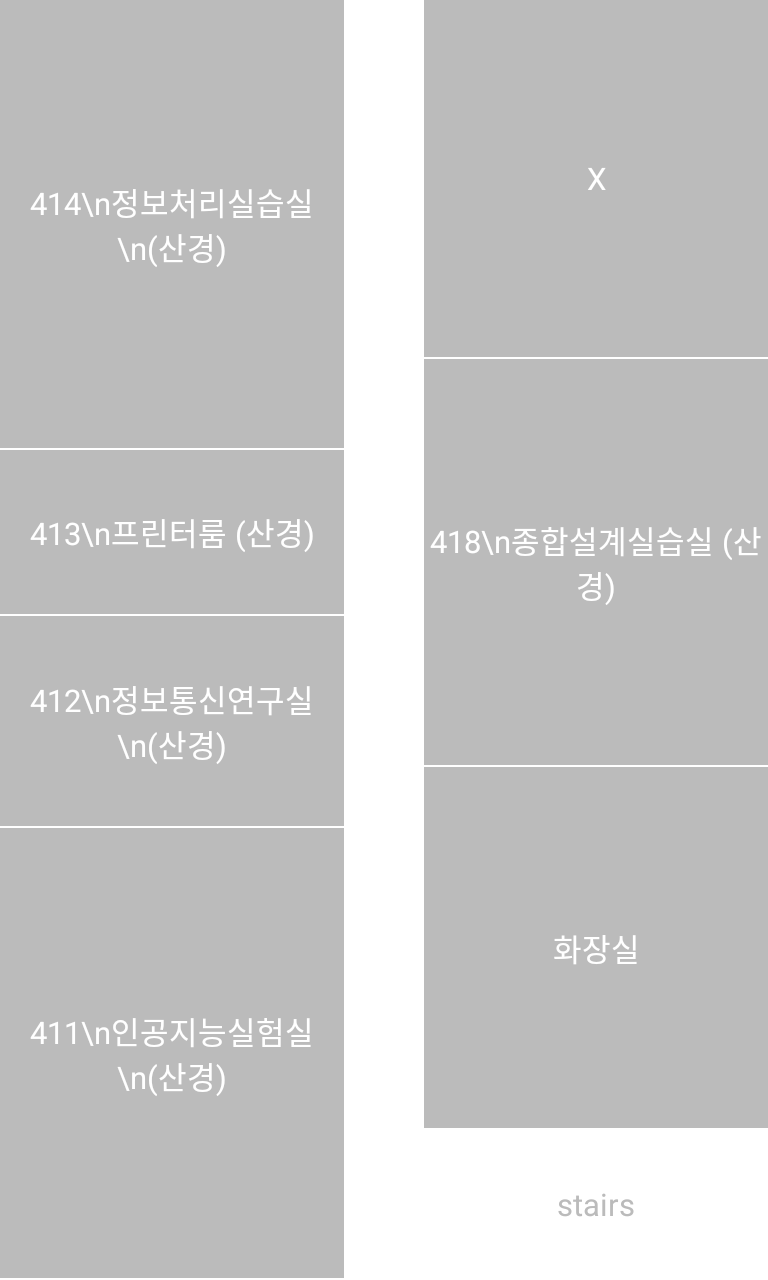
Repository: Choi-HyunWoo/Baddest
Layout: WorkOn_Hyunwoo/hansung.campusmap/res/layout/campus_gonghakb4.xml
An editor plug-in stored every save of this project. The layout is shown before and after a run of saves, followed by the edit.
It is drawn on a 768 x 1280 px phone screen (xhdpi) without system bars, with theme android:Theme.Light.NoTitleBar; the app's code is not run.

Above is the layout before, as saved 2014-05-30 13:53:53.

### WorkOn_Hyunwoo/hansung.campusmap/res/layout/campus_gonghakb4.xml
<?xml version="1.0" encoding="utf-8"?>
<LinearLayout  xmlns:android="http://schemas.android.com/apk/res/android"
    android:baselineAligned="false"
    android:layout_width="match_parent"
    android:layout_height="match_parent"
    android:orientation="horizontal" >

    <LinearLayout
        android:layout_width="fill_parent"
        android:layout_height="match_parent"
        android:layout_weight="1"
        android:orientation="vertical" >

        <Button
            android:text="414\n정보처리실습실\n(산경)"
            android:layout_weight="3"
            style="@style/RoomButton" />
        <Button
            android:text="413\n프린터룸 (산경)"
            android:layout_weight="1"
            style="@style/RoomButton" />
        <Button
            android:text="412\n정보통신연구실\n(산경)"
            android:layout_weight="1"
            style="@style/RoomButton" />
        <Button
            android:text="411\n인공지능실험실\n(산경)"
            android:layout_weight="3"
            style="@style/RoomButton" />

    </LinearLayout>

    <RelativeLayout
    	android:layout_width="40dp"
        android:layout_height="match_parent"
        android:orientation="vertical" >
	</RelativeLayout>

    <LinearLayout
        android:layout_width="fill_parent"
        android:layout_height="match_parent"
        android:layout_weight="1"
        android:orientation="vertical" >

        <Button
            android:text="X"
            android:layout_weight="3"
            style="@style/RoomButton" />
        <Button
            android:text="418\n종합설계실습실 (산경)"
            android:layout_weight="3"
            style="@style/RoomButton" />
        <Button
            android:text="화장실"
            android:layout_weight="3"
            style="@style/RoomButton" />
        <Button
            android:text="stairs"
            android:layout_weight="1"
            style="@style/WhitePlace" />

    </LinearLayout>
</LinearLayout>

### WorkOn_Hyunwoo/hansung.campusmap/res/values/styles.xml
<resources xmlns:android="http://schemas.android.com/apk/res/android">


    <style name="BuildingButton">
        <item name="android:background">@drawable/bt_selector</item>
        <item name="android:textColor">@color/White</item>
        <item name="android:gravity">center</item>
        <item name="android:textSize">6pt</item>
        <item name="android:layout_gravity">fill</item>
        <item name="android:layout_margin">2dp</item>
    </style>
    <style name="MapOthers">
		<item name="android:background">@color/White</item>
        <item name="android:textColor">@color/LightGray</item>
        <item name="android:gravity">center</item>
        <item name="android:textSize">5pt</item>
        <item name="android:layout_gravity">fill</item>
        <item name="android:layout_margin">2dp</item>
    </style>

    <style name="RoomButton">
        <item name="android:background">@drawable/bt_selector</item>
		<item name="android:layout_width">match_parent</item>
        <item name="android:layout_height">wrap_content</item>
        <item name="android:layout_marginBottom">1dp</item>
        <item name="android:gravity">center</item>
        <item name="android:textColor">@color/White</item>
        <item name="android:textSize">7pt</item>
    </style>
    <style name="WhitePlace">
        <item name="android:background">@color/White</item>
		<item name="android:layout_width">match_parent</item>
        <item name="android:layout_height">wrap_content</item>
        <item name="android:layout_marginBottom">1dp</item>
        <item name="android:gravity">center</item>
        <item name="android:textColor">@color/LightGray</item>
        <item name="android:textSize">7pt</item>
    </style>

    <style name="NullPlace">
        <item name="android:background">#dddddd</item>
		<item name="android:layout_width">match_parent</item>
        <item name="android:layout_height">wrap_content</item>
        <item name="android:layout_marginBottom">1dp</item>
        <item name="android:gravity">center</item>
        <item name="android:textColor">@color/LightGray</item>
        <item name="android:textSize">7pt</item>
    </style>

    <style name="FloorButton">
        <item name="android:background">@color/DarkGray</item>
		<item name="android:layout_width">wrap_content</item>
        <item name="android:layout_height">30dp</item>
        <item name="android:layout_marginRight">1dp</item>
        <item name="android:layout_weight">1</item>
        <item name="android:gravity">center</item>
        <item name="android:textColor">@color/White</item>
        <item name="android:textSize">6pt</item>
    </style>


</resources>

### WorkOn_Hyunwoo/hansung.campusmap/res/values/colors.xml
<resources>





    <color name="MainColor">#33B5E5</color>
    <color name="DarkSkyblue">#0099CC</color>
    <color name="White">#FFFFFF</color>
    <color name="Black">#000000</color>
    <color name="LightGray">#BBBBBB</color>
    <color name="DarkGray">#999999</color>

</resources>

### WorkOn_Hyunwoo/hansung.campusmap/res/drawable-hdpi/bt_selector.xml
<?xml version="1.0" encoding="utf-8"?>
<selector xmlns:android="http://schemas.android.com/apk/res/android" >
    <item android:state_pressed="true"
        android:drawable="@color/MainColor" /> <!-- pressed button color -->
    <item
        android:drawable="@color/LightGray" /> <!-- default button color -->
</selector>

After the next 2 saves:
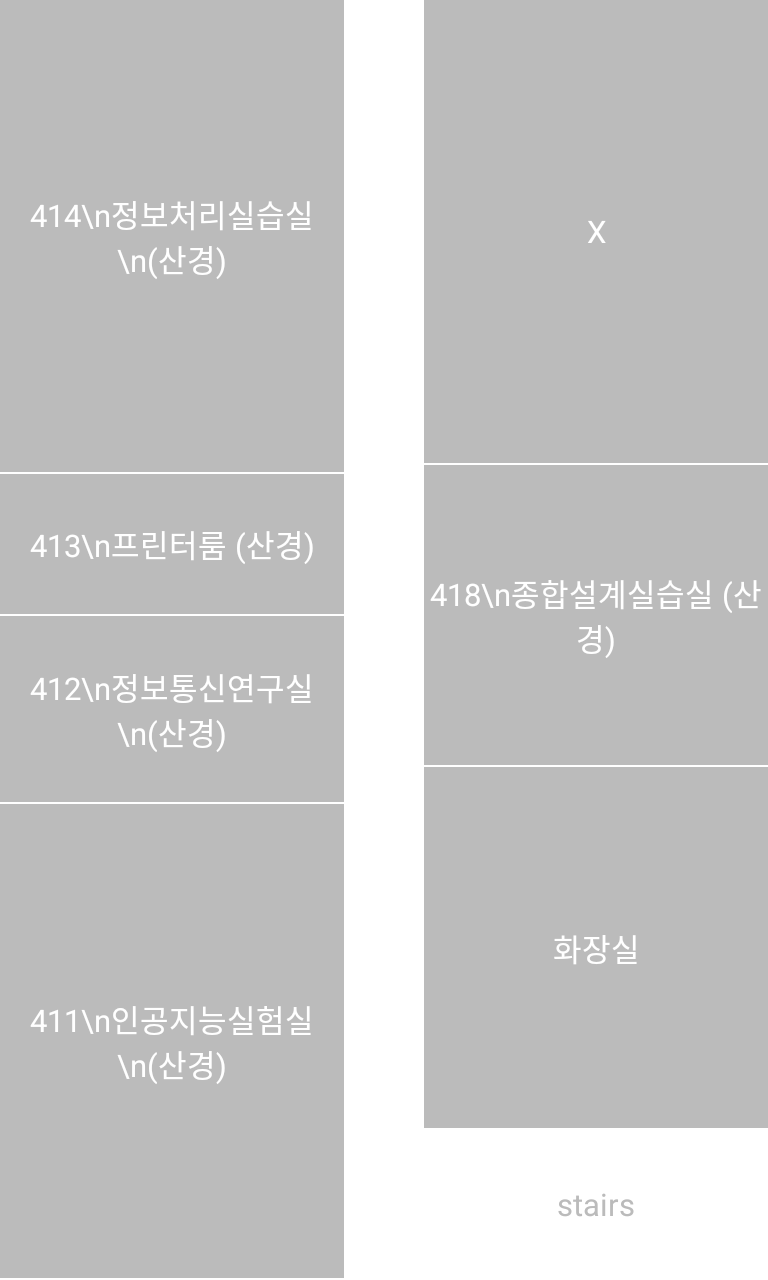
The 2 saves are shown as one change because 1 did not build or start.
The last was saved 4 h 28 min later.
--- a/WorkOn_Hyunwoo/hansung.campusmap/res/layout/campus_gonghakb4.xml
+++ b/WorkOn_Hyunwoo/hansung.campusmap/res/layout/campus_gonghakb4.xml
@@ -13,7 +13,7 @@
 
         <Button
             android:text="414\n정보처리실습실\n(산경)"
-            android:layout_weight="3"
+            android:layout_weight="4"
             style="@style/RoomButton" />
         <Button
             android:text="413\n프린터룸 (산경)"
@@ -25,7 +25,7 @@
             style="@style/RoomButton" />
         <Button
             android:text="411\n인공지능실험실\n(산경)"
-            android:layout_weight="3"
+            android:layout_weight="4"
             style="@style/RoomButton" />
 
     </LinearLayout>
@@ -44,11 +44,11 @@
 
         <Button
             android:text="X"
-            android:layout_weight="3"
+            android:layout_weight="4"
             style="@style/RoomButton" />
         <Button
             android:text="418\n종합설계실습실 (산경)"
-            android:layout_weight="3"
+            android:layout_weight="2"
             style="@style/RoomButton" />
         <Button
             android:text="화장실"
